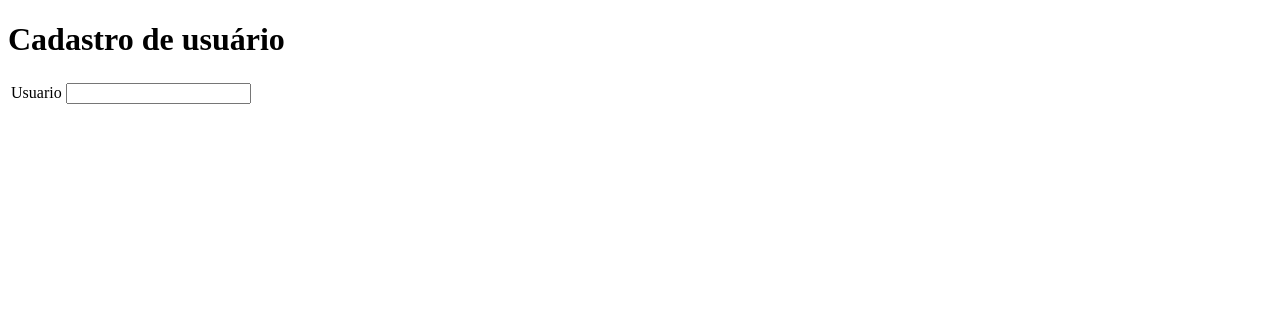
Repository: rsuzumura/fiveslivraria
Page: http://localhost/LivrariaFiveS/formCadastroUsuario.jsp
The author's editor kept a copy of each file at every save. The page is drawn from the files as they stood at one save, then again after the next save.
The browser window is 1280 px wide. The pictures show the whole page.
The page is served by Tomcat 9. Other server files are loaded and not shown.

Above is the page before, as saved 2012-04-15 00:34:35.

### LivrariaFiveS - Web/LivrariaFiveS/WebContent/formCadastroUsuario.jsp
<%@ page language="java" contentType="text/html; charset=ISO-8859-1"
	pageEncoding="ISO-8859-1"%>
<!DOCTYPE html PUBLIC "-//W3C//DTD HTML 4.01 Transitional//EN" "http://www.w3.org/TR/html4/loose.dtd">
<html>
<head>
<meta http-equiv="Content-Type" content="text/html; charset=ISO-8859-1">
<title>Cadastro de usuários</title>
</head>
<body>
	<h1>Cadastro de usuário</h1>
	<table>
		<tr>
			<td>Usuario</td>
			<td><input id="nmUsuario" type="text"></td>
		</tr>
	</table>

</body>
</html>

After the next save:
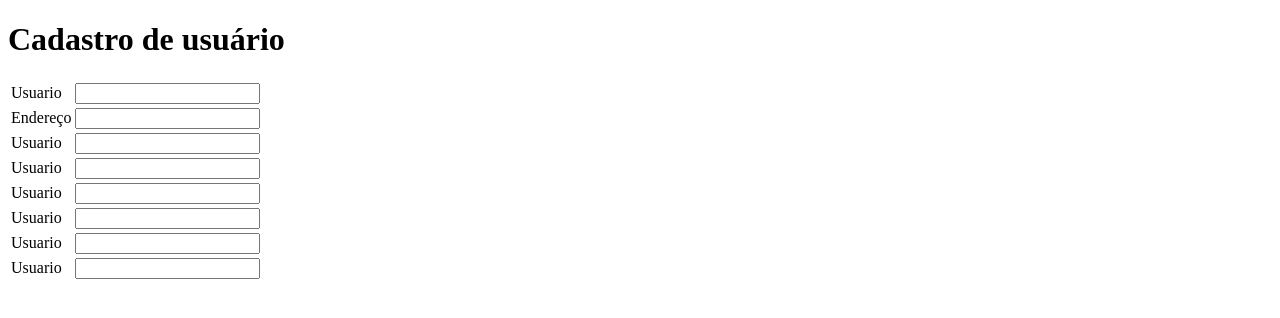
Saved 57 s later.
--- a/LivrariaFiveS - Web/LivrariaFiveS/WebContent/formCadastroUsuario.jsp
+++ b/LivrariaFiveS - Web/LivrariaFiveS/WebContent/formCadastroUsuario.jsp
@@ -13,6 +13,34 @@
 			<td>Usuario</td>
 			<td><input id="nmUsuario" type="text"></td>
 		</tr>
+		<tr>
+			<td>Endereço</td>
+			<td><input id="nmUsuario" type="text"></td>
+		</tr>
+		<tr>
+			<td>Usuario</td>
+			<td><input id="nmUsuario" type="text"></td>
+		</tr>
+		<tr>
+			<td>Usuario</td>
+			<td><input id="nmUsuario" type="text"></td>
+		</tr>
+		<tr>
+			<td>Usuario</td>
+			<td><input id="nmUsuario" type="text"></td>
+		</tr>
+		<tr>
+			<td>Usuario</td>
+			<td><input id="nmUsuario" type="text"></td>
+		</tr>
+		<tr>
+			<td>Usuario</td>
+			<td><input id="nmUsuario" type="text"></td>
+		</tr>
+		<tr>
+			<td>Usuario</td>
+			<td><input id="nmUsuario" type="text"></td>
+		</tr>
 	</table>
 
 </body>
